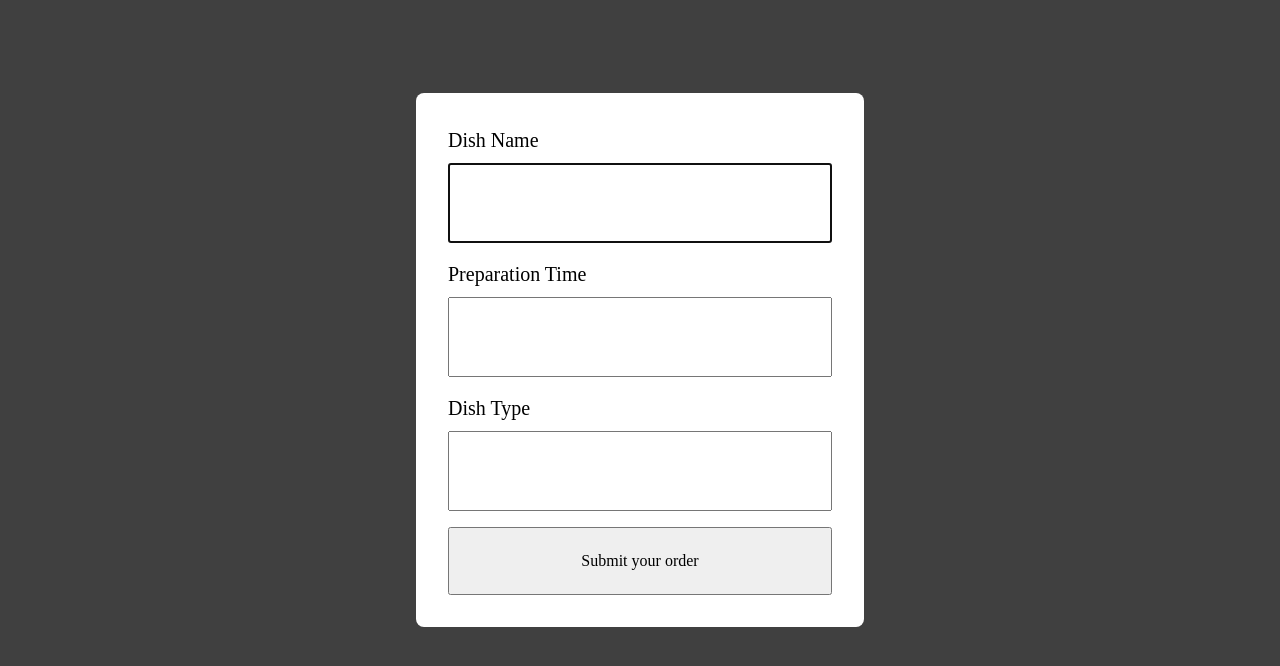
Repository: hjubsoni/hex-ocean-task
Page: /, after clicking the first element matching `button.order-button`
These files come from the project's save history. The page is drawn as it stood at one moment and after the next save; the edit follows.
The browser window is 1280 px wide. The pictures show the whole page.
The project was rebuilt for these pictures with package versions that can differ from the ones it lists, and the page was loaded fresh each time. Also part of the build but not shown: vite.config.ts.

Above is the page before, as saved 2023-03-21 22:35:21.

### index.html
<!DOCTYPE html>
<html lang="en">
  <head>
    <meta charset="UTF-8" />
    <link rel="icon" type="image/svg+xml" href="/vite.svg" />
    <meta
      name="viewport"
      content="width=device-width, initial-scale=1.0"
    />
    <title>Vite + React + TS</title>
  </head>
  <body>
    <div id="root"></div>
    <script type="module" src="/src/main.tsx"></script>
  </body>
</html>

### src/App.tsx
import React from 'react';
import './App.css';
import { ShoppingBag } from 'react-feather';
import ModalForm from './components/ModalForm';

function App() {
  const [isModalOpen, setIsModalOpen] = React.useState(false);

  const toggleIsOpenModal = () => {
    setIsModalOpen(!isModalOpen);
  };

  return (
    <>
      <div className="wrapper">
        <button className="order-button" onClick={toggleIsOpenModal}>
          <div className="icon-wrapper">
            <ShoppingBag color="white" />
          </div>
          <span className="order-button-text">Order</span>
        </button>
      </div>
      {isModalOpen && <ModalForm handleDismiss={toggleIsOpenModal} />}
    </>
  );
}

export default App;

### src/index.css
*,
*::before,
*::after {
  box-sizing: border-box;
}

* {
  margin: 0;
}

html,
body,
#root {
  height: 100%;
}

body {
  line-height: 1.5;
  -webkit-font-smoothing: antialiased;
}

img,
picture,
video,
canvas,
svg {
  display: block;
  max-width: 100%;
}

input,
button,
textarea,
select {
  font: inherit;
}

p,
h1,
h2,
h3,
h4,
h5,
h6 {
  overflow-wrap: break-word;
}

#root,
#__next {
  isolation: isolate;
}

### src/App.css
.wrapper {
  height: 100%;
  display: flex;
  justify-content: center;
  align-items: center;
}

.order-button {
  display: flex;
  width: 180px;
  height: 2.625rem;
  align-items: center;
  padding: 4px 8px;
  gap: 8px;
  border-radius: 8px;
  background: #184fee;
  cursor: pointer;
  border: none;
}

.order-button-text {
  font-size: 1.5rem;
  color: white;
  margin-left: auto;
  margin-right: auto;
}

.icon-wrapper {
  animation-duration: 2s;
}

.order-button:hover > .icon-wrapper {
  animation-name: bounce;
  animation-timing-function: cubic-bezier(0.28, 0.84, 0.42, 1);
}
@keyframes bounce {
  0% {
    transform: scale(1, 1) translateY(0);
  }
  10% {
    transform: scale(1.1, 0.9) translateY(0);
  }
  30% {
    transform: scale(0.9, 1.1) translateY(-5px);
  }
  50% {
    transform: scale(1.05, 0.95) translateY(0);
  }
  57% {
    transform: scale(1, 1) translateY(-2px);
  }
  64% {
    transform: scale(1, 1) translateY(0);
  }
  100% {
    transform: scale(1, 1) translateY(0);
  }
}

### src/components/ModalForm/index.tsx
export { default } from './ModalForm';

### src/components/ModalForm/ModalForm.tsx
import React from 'react';
import FocusLock from 'react-focus-lock';
import { X } from 'react-feather';
import './styles.css';

function ModalForm({ handleDismiss }: { handleDismiss: () => void }) {
  return (
    <FocusLock>
      <div className="wrapper">
        <div className="backdrop" />
        <form className="modal-form">
          <div>
            <label className="form-label">Dish Name</label>
            <input className="form-input" />
          </div>
          <div>
            <label className="form-label">Preparation Time</label>
            <input className="form-input" />
          </div>
          <div>
            <label className="form-label">Dish Type</label>
            <input className="form-input" />
          </div>
          <button type="submit" className="submit-button">
            Submit your order
          </button>
        </form>
      </div>
    </FocusLock>
  );
}

export default ModalForm;

### src/components/ModalForm/styles.css
.wrapper {
  position: fixed;
  inset: 0;
  display: grid;
  place-content: center;
  padding: 16px;
}

.backdrop {
  position: absolute;
  inset: 0;
  background: hsl(0deg 0% 0% / 0.75);
}

.modal-form {
  position: relative;
  background: white;
  border-radius: 8px;
  padding: 32px;
  display: flex;
  flex-direction: column;
  gap: 16px;
  width: 100%;
  min-width: 28rem;
}

.form-label {
  display: inline-block;
  font-weight: 500;
  font-size: 1.25rem;
}

.form-input {
  display: block;
  padding: 1.25rem 1rem;
  margin-top: 0.5rem;
  width: 100%;
  font-size: 1.5rem;
}

.submit-button {
  padding: 1.25rem;
}

Loaded but not shown: src/main.tsx (common file)

After the next save:
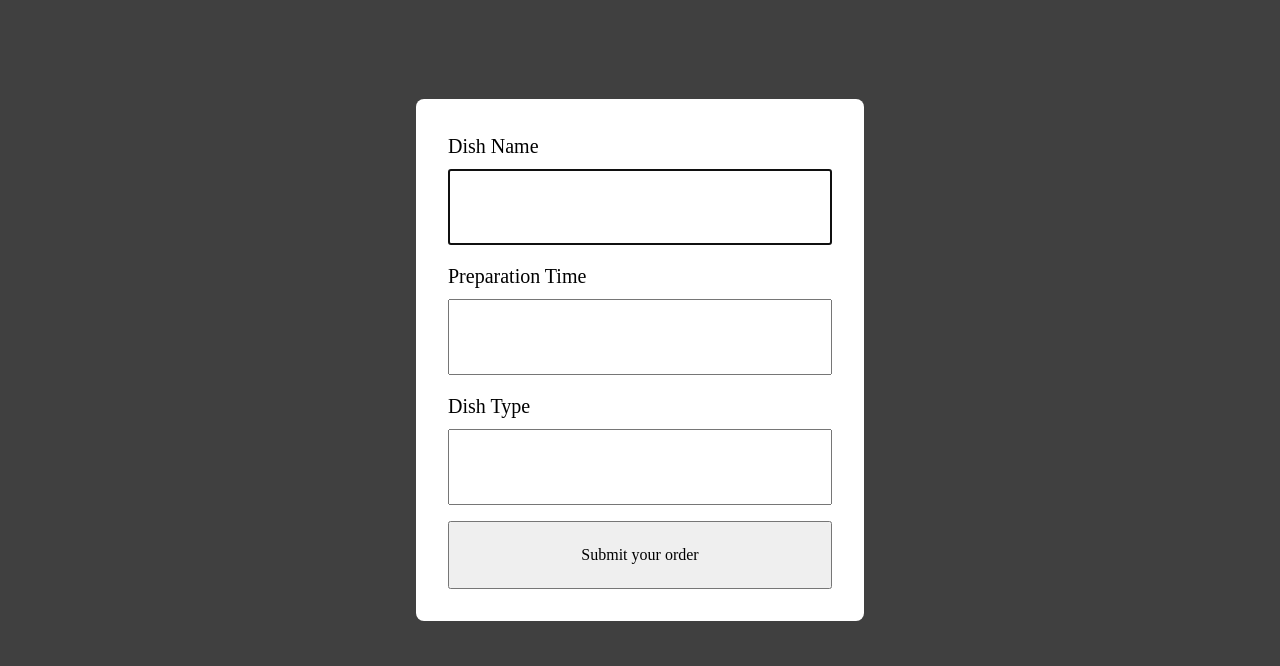
Saved 7 s later.
--- a/src/components/ModalForm/styles.css
+++ b/src/components/ModalForm/styles.css
@@ -32,7 +32,7 @@
 
 .form-input {
   display: block;
-  padding: 1.25rem 1rem;
+  padding: 1.125rem 1rem;
   margin-top: 0.5rem;
   width: 100%;
   font-size: 1.5rem;
